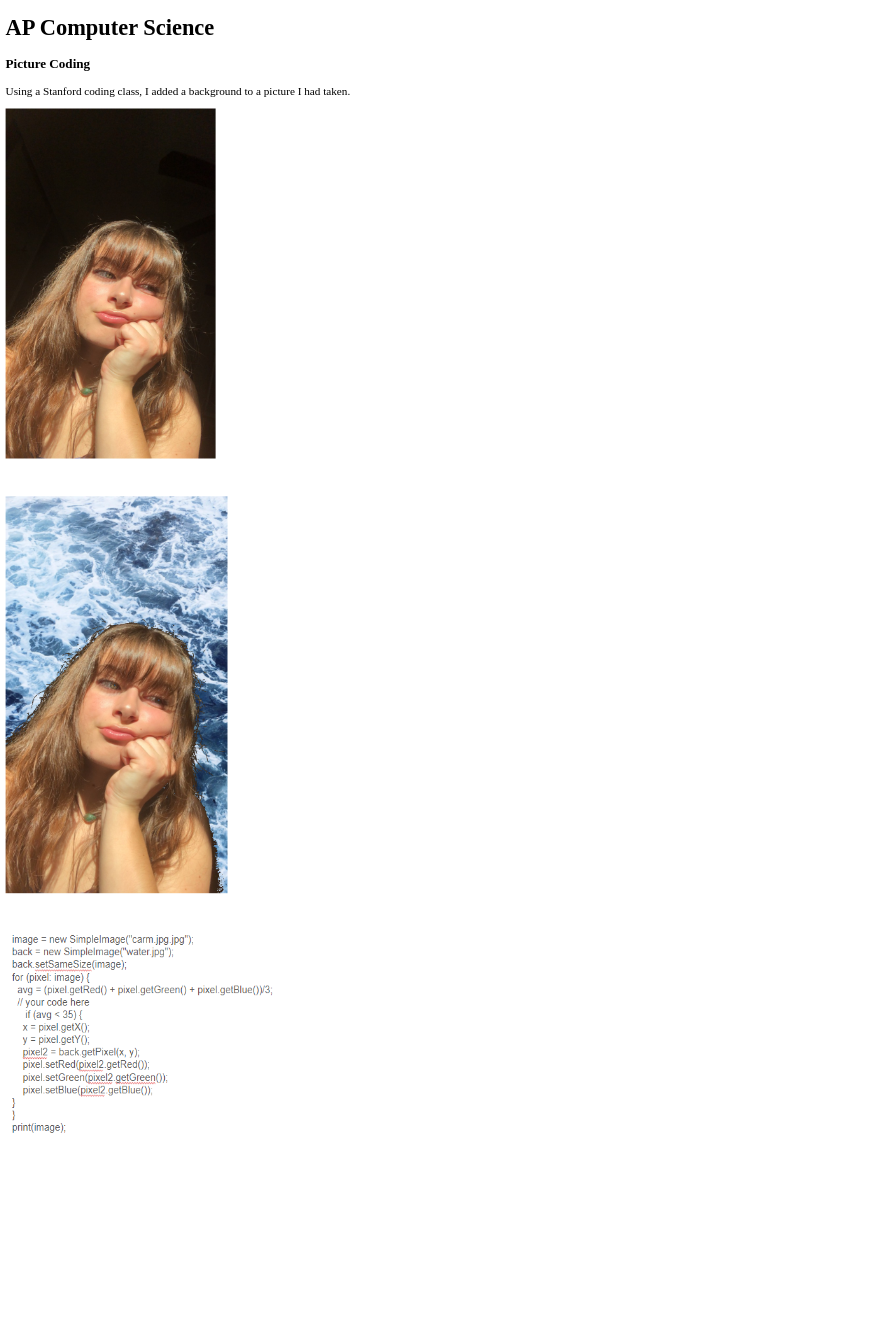
Repository: cdzendzel/cdzendzel.github.io
Page: apcs.html
The author's editor kept a record of every edit. The page is drawn from the files as they stood at one moment, then again after the next edit.
The browser window is 1280 px wide. The pictures show the part of the page from y = 0 to 1920 px (the page is 2805 px tall), at 70% of full size.
Pictures or frames that could not be fetched are drawn as grey boxes.

Above is the page before.

### apcs.html


<!DOCTYPE html>
<html>
<head>
<title>Carmela's Webpage</title>
</head>
<body>

<h1>AP Computer Science</h1>
<h3>Picture Coding</h3>
</body>
</html>
</body>
</html>

<p>Using a Stanford coding class, I added a background to a picture I had taken.  </a></p>
<img src="images/carm.jpg.JPG" alt="Picture of me before coding" width="300" height="500">
<p style="text-align:center; color:white;">I added a picture of water as a backgorund.  <a></p>
<img src="images/carm.water.code.PNG" alt="Picture of me after coding with water as the background"">
<p style="text-align:center; color:white;">This is the first time I had ever coded such a complex line of code, and it turned out well! You can view my code below.</a></p>
<img src="images/pic.code.PNG" alt="Carmela's Picture Code" width="400" height="300">

<h3 style="text-align:center; color:white;">Scratch Game</h3>
<p style="text-align:center; color:white;">Using the program Scratch, a partner and I made an interactive game using drag-and-drop coding blocks. Our game is called Dino Meal, and you can play it by clicking around below.  </a></p>
<iframe src="https://docs.google.com/presentation/d/e/2PACX-1vQlzyCuhyRdYywk_B_c0P-xEZjcl4PeS42tZtRi-OlesZ-Pv65c4r4OaglgzEBHuYl5XDBwqpA1L_Ub/embed?start=false&loop=false&delayms=3000" frameborder="0" width="960" height="569" allowfullscreen="true" mozallowfullscreen="true" webkitallowfullscreen="true" width="500"  height="400"></iframe>

<h3 style="text-align:center; color:white;">Interactive Fiction Story</h3>
<p style="text-align:center; color:white;">With another pair, I created an interactive fiction story based off the story of the Wizard of Oz.  You can view our code and play our game below.  </a></p>
<iframe height="400px" width="100%" src="https://repl.it/@gabib44/Interactive-Story?lite=true" scrolling="no" frameborder="no" allowtransparency="true" allowfullscreen="true" sandbox="allow-forms allow-pointer-lock allow-popups allow-same-origin allow-scripts allow-modals" width="500" height="750"></iframe>
</body>

After the next edit:
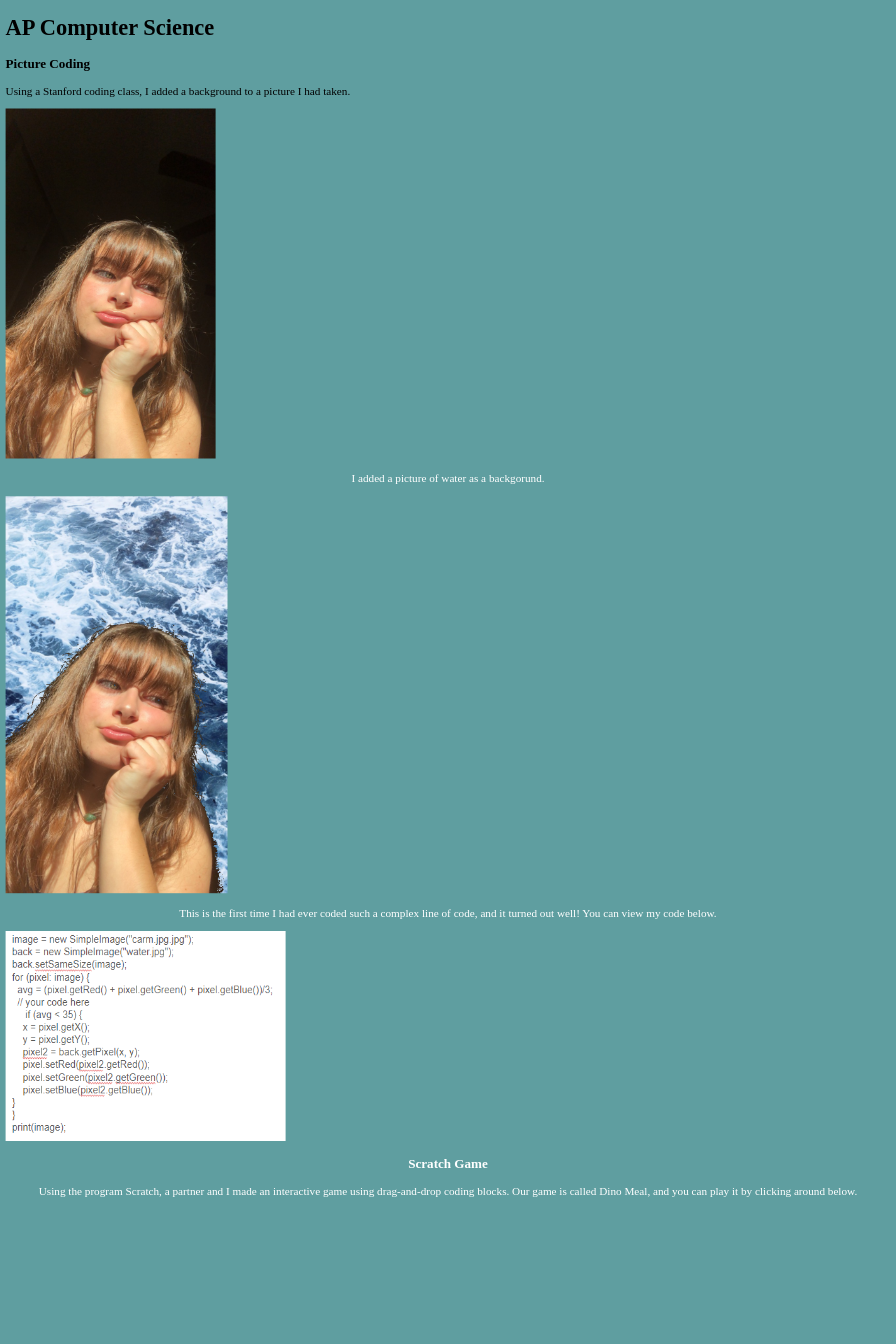
The edit:
--- a/apcs.html
+++ b/apcs.html
@@ -2,6 +2,7 @@
 
 <!DOCTYPE html>
 <html>
+     <body style="background-color:cadetblue;">
 <head>
 <title>Carmela's Webpage</title>
 </head>
